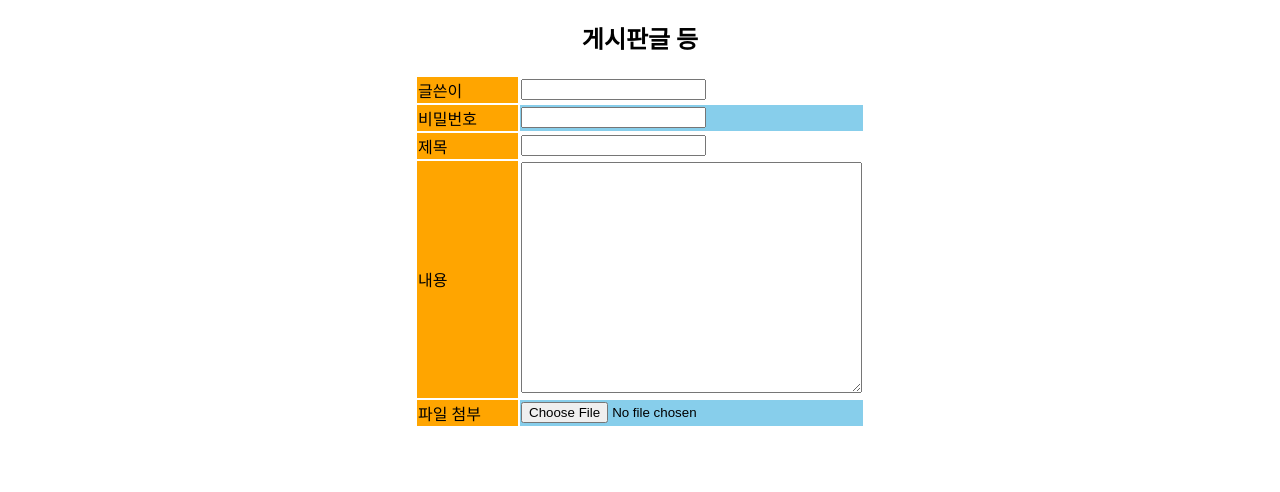
Repository: ReadStar/Jsp_MVC
Page: http://localhost/MVC_Board/board/qna_board_write.jsp
These files come from the project's save history. The page is drawn as it stood at one moment and after the next save; the edit follows.
The browser window is 1280 px wide. The pictures show the whole page.
The page is served by Tomcat 9.

Above is the page before, as saved 2020-11-10 01:58:58.

After the next save:
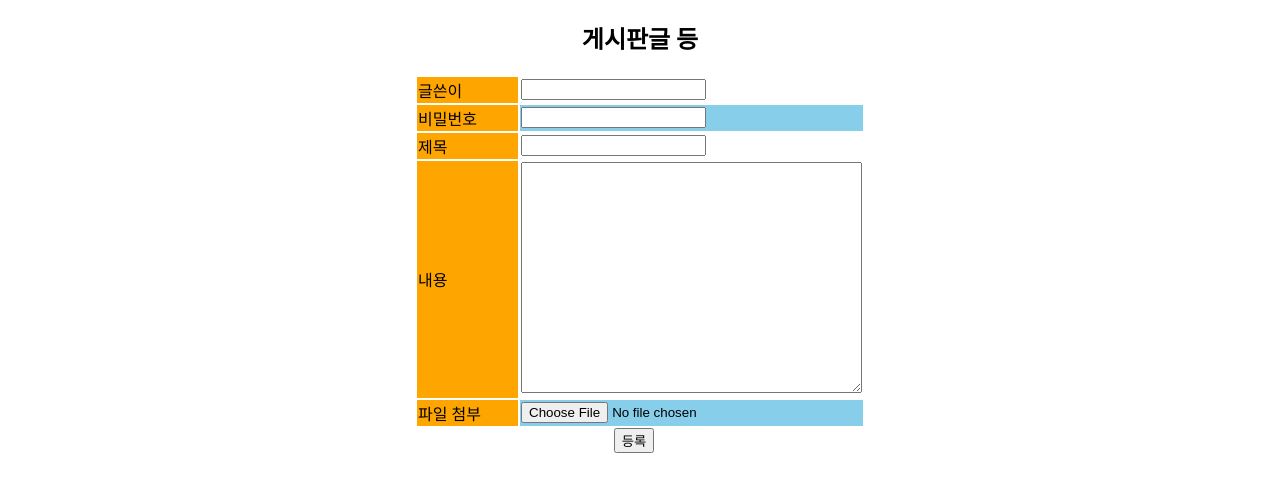
Saved 46 s later.
--- a/MVC_Board/WebContent/board/qna_board_write.jsp
+++ b/MVC_Board/WebContent/board/qna_board_write.jsp
@@ -63,7 +63,11 @@ table{
 				<tr>
 					<td class="td_left"><label for="board_file">파일 첨부</label></td>
 					<td class="td_right"><input name="board_file" type="file" id="board_file" required="required"/></td>
+				</tr>
 			</table>
+			<section id="commandCell">
+					<input type="submit" value="등록">&nbsp; &nbsp;
+			</section>
 			</form>
 	</section>
 </body>
